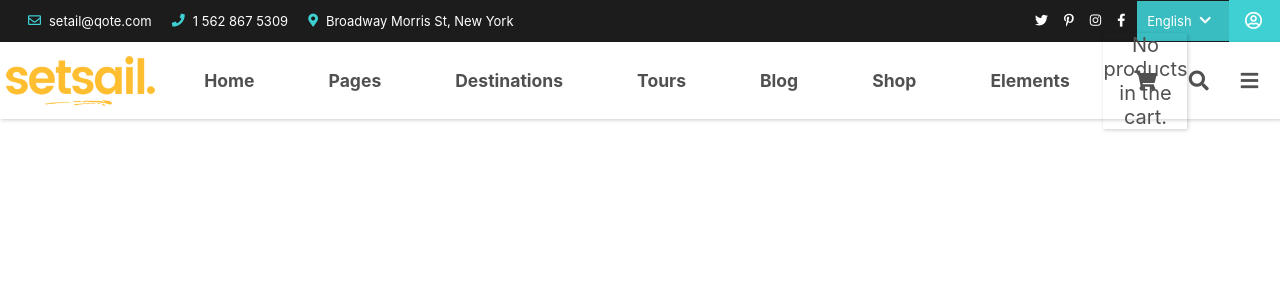
Repository: Hunga9k50doker/Setail
Page: /
An editor plug-in stored every save of this project. The page is shown before and after a run of saves, followed by the edit.
The browser window is 1280 px wide. The pictures show the whole page.
The project was rebuilt for these pictures with package versions that can differ from the ones it lists, and the page was loaded fresh each time.

Above is the page before, as saved 2021-10-21 11:37:24.

### public/index.html
<!DOCTYPE html>
<html lang="en">

<head>
  <meta charset="utf-8" />
  <link rel="icon" href="%PUBLIC_URL%/favicon.ico" />
  <meta name="viewport" content="width=device-width, initial-scale=1" />
  <meta name="theme-color" content="#000000" />
  <meta name="description" content="Web site created using create-react-app" />
  <link rel="stylesheet" href="./font/fontawesome-free-5.15.3-web/css/all.min.css">
  <link rel="apple-touch-icon" href="%PUBLIC_URL%/logo192.png" />
  <!--
      manifest.json provides metadata used when your web app is installed on a
      user's mobile device or desktop. See https://developers.google.com/web/fundamentals/web-app-manifest/
    -->
  <link rel="manifest" href="%PUBLIC_URL%/manifest.json" />
  <!--
      Notice the use of %PUBLIC_URL% in the tags above.
      It will be replaced with the URL of the `public` folder during the build.
      Only files inside the `public` folder can be referenced from the HTML.

      Unlike "/favicon.ico" or "favicon.ico", "%PUBLIC_URL%/favicon.ico" will
      work correctly both with client-side routing and a non-root public URL.
      Learn how to configure a non-root public URL by running `npm run build`.
    -->
  <title>React App</title>
</head>

<body>
  <noscript>You need to enable JavaScript to run this app.</noscript>
  <div id="root">

  </div>
  <script type="text/babel">
  </script>
  <!--
      This HTML file is a template.
      If you open it directly in the browser, you will see an empty page.

      You can add webfonts, meta tags, or analytics to this file.
      The build step will place the bundled scripts into the <body> tag.

      To begin the development, run `npm start` or `yarn start`.
      To create a production bundle, use `npm run build` or `yarn build`.
    -->
</body>

</html>

### src/index.js
import React from "react";
import ReactDOM from "react-dom";
import App from "./views/App.js";
import reportWebVitals from "./reportWebVitals";
import "./styles/global.scss";
// import socialNetworks from '../src/components/socialNetworks'

ReactDOM.render(
  <React.StrictMode>
    <App />
  </React.StrictMode>,
  document.getElementById("root")
);

// If you want to start measuring performance in your app, pass a function
// to log results (for example: reportWebVitals(console.log))
// or send to an analytics endpoint. Learn more: https://bit.ly/CRA-vitals
reportWebVitals();

### src/views/App.js
import './App.scss';
import NavOnTop from '../components/NavOnTop/NavOnTop';
import Nav from '../components/Navigation/Nav';

function App() {

  return (
    <div className="App">
      <NavOnTop />
      <Nav />
    </div>
  );
}

export default App;

### src/styles/global.scss
@import './variables';

* {
  margin: 0;
  padding: 0;
  box-sizing: border-box;
}

body {
  margin: 0;
  font-family: -apple-system, BlinkMacSystemFont, "Segoe UI", "Roboto", "Oxygen",
    "Ubuntu", "Cantarell", "Fira Sans", "Droid Sans", "Helvetica Neue",
    sans-serif;
  -webkit-font-smoothing: antialiased;
  -moz-osx-font-smoothing: grayscale;
}

code {
  font-family: source-code-pro, Menlo, Monaco, Consolas, "Courier New",
    monospace;
}

ul,
li {
  display: inline-block;
  list-style: none;
  padding-left: 0;
}

a {
  text-decoration: none;
  display: inline-block;
  color: #505050;
}

.bridge {
  content: "";
  position: absolute;
  top: -4px;
  left: 50%;
  transform: translate(-50%, 0);
  width: 100%;
  height: 8px;
}

.hover-slide-below {
  content: " ";
  width: 100%;
  height: 4px;
  background: $bg-color--hover;
  position: absolute;
  bottom: -8px;
  left: 0;
  border-radius: 8px;
  transform: scaleX(0);
  transform-origin: center left;
  transition: all 0.3s ease;
}

### src/views/App.scss
.App {
  text-align: center;
  background: #999;
}

### src/components/NavOnTop/NavOnTop.js
// import { render } from "@testing-library/react";
import './NavOnTop.scss';

const NavOnTop = () => {
  return (
    <div className="nav__onTop">
      <ul className="nav__onTop-leftInner">
        <li className="nav__onTop-leftInner-item">
          <i className="far fa-envelope"></i>
          <p className="nav__onTop-leftInner-item-text">setail@qote.com</p>
        </li>
        <li className="nav__onTop-leftInner-item">
          <i className="fas fa-phone"></i>
          <p className="nav__onTop-leftInner-item-text">1 562 867 5309</p>
        </li>
        <li className="nav__onTop-leftInner-item">
          <i className="fas fa-map-marker-alt"></i>
          <p className="nav__onTop-leftInner-item-text">
            Broadway Morris St, New York
          </p>
        </li>
      </ul>
      <ul className="nav__onTop-rightInner">
        <li className="nav__onTop-rightInner-item nav__onTop-rightInner-item-socialNetwork">
          <i className=" fab fa-twitter"></i>
        </li>
        <li className="nav__onTop-rightInner-item nav__onTop-rightInner-item-socialNetwork">
          <i className=" fab fa-pinterest-p"></i>
        </li>
        <li className="nav__onTop-rightInner-item nav__onTop-rightInner-item-socialNetwork">
          <i className=" fab fa-instagram"></i>
        </li>
        <li className="nav__onTop-rightInner-item nav__onTop-rightInner-item-socialNetwork">
          <i className=" fab fa-facebook-f"></i>
        </li>
        <li className="nav__onTop-rightInner-item nav__onTop-rightInner-item-toggleLang">
            <p>English</p>
            <i className="fas fa-chevron-down"></i>
          <div className="nav__onTop-rightInner-item-langs">
            <a href="#" className="nav__onTop-rightInner-item-lang">
              VietNam
            </a>
            <a href="#" className="nav__onTop-rightInner-item-lang">
              France
            </a>
            <a href="#" className="nav__onTop-rightInner-item-lang">
              German
            </a>
          </div>
        </li>
        <li className="nav__onTop-rightInner-item nav__onTop-rightInner-account">
          <i className="far fa-user-circle"></i>
        </li>
      </ul>
    </div>
  );
};

export default NavOnTop;

### src/components/Navigation/Nav.js
import "./Nav.scss";

const Nav = () => {
  return (
    <div className="nav">
      <img src="./logo/logo-footer.png" alt="Not found" className="nav__logo" />
      <ul className="nav__list">
        <li className="nav__list-item nav__list-item-Home">
          <h3 className="nav__list-item-title">Home</h3>
          <div className="nav__list-item-selections">
            <a href="#" className="nav__list-item-selection">
              <p>Travel Agency</p>
            </a>
            <a href="#" className="nav__list-item-selection">
              <p>Winters Holidays</p>
            </a>
            <a href="#" className="nav__list-item-selection">
              <p>Exotic Destinations</p>
            </a>
          </div>
        </li>
        <li className="nav__list-item nav__list-item-Pages">
          <h3 className="nav__list-item-title">Pages</h3>
          <div className="nav__list-item-selections">
            <a href="#" className="nav__list-item-selection">
              <p>About Us</p>
            </a>
            <a href="#" className="nav__list-item-selection">
              <p>What We Offer</p>
            </a>
            <a href="#" className="nav__list-item-selection">
              <p>Our Team</p>
            </a>
          </div>
        </li>
        <li className="nav__list-item nav__list-item-Destinations">
          <h3 className="nav__list-item-title">Destinations</h3>
          <div className="nav__list-item-selections">
            <a href="#" className="nav__list-item-selection">
              <p>Destination List</p>
            </a>
            <a href="#" className="nav__list-item-selection">
              <p>Destination Slider</p>
            </a>
            <a href="#" className="nav__list-item-selection">
              <p>Destination Item</p>
            </a>
          </div>
        </li>
        <li className="nav__list-item nav__list-item-Tours">
          <h3 className="nav__list-item-title">Tours</h3>
          <div className="nav__list-item-selections">
            <a href="#" className="nav__list-item-selection">
              <p>Standard List</p>
            </a>
            <a href="#" className="nav__list-item-selection">
              <p>Gallery List</p>
            </a>
            <a href="#" className="nav__list-item-selection">
              <p>Split List</p>
            </a>
          </div>
        </li>
        <li className="nav__list-item nav__list-item-Blog">
          <h3 className="nav__list-item-title">Blog</h3>
          <div className="nav__list-item-selections">
            <a href="#" className="nav__list-item-selection">
              <p>Blog Masonry</p>
            </a>
            <div className="nav__list-item-selection">
              <p>Blog Standard</p>
              <i className="fas fa-chevron-right"></i>
              <ul className="sub-menu ">
                <li className="sub-menu-item">
                  <a href="#">Right Sidebar</a>
                </li>
                <li className="sub-menu-item">
                  <a href="#">Left Sidebar</a>
                </li>
                <li className="sub-menu-item">
                  <a href="#">Without Sidebar</a>
                </li>
              </ul>
            </div>
            <div className="nav__list-item-selection">
              <p>Blog Types</p>
              <i className="fas fa-chevron-right"></i>
              <ul className="sub-menu ">
                <li className="sub-menu-item">
                  <a href="#">Standard </a>
                </li>
                <li className="sub-menu-item">
                  <a href="#">Gallery </a>
                </li>
                <li className="sub-menu-item">
                  <a href="#">Link</a>
                </li>
              </ul>
            </div>
          </div>
        </li>
        <li className="nav__list-item nav__list-item-Shop">
          <h3 className="nav__list-item-title">Shop</h3>
          <div className="nav__list-item-selections">
            <a href="#" className="nav__list-item-selection">
              <p>Product List</p>
            </a>
            <a href="#" className="nav__list-item-selection">
              <p>Product Single</p>
            </a>
            <div className="nav__list-item-selection">
              <p>Shop Layout</p>
              <i className="fas fa-chevron-right"></i>
              <ul className="sub-menu">
                <li className="sub-menu-item">
                  <a href="#">Three Columns </a>
                </li>
                <li className="sub-menu-item">
                  <a href="#">Four Columns </a>
                </li>
                <li className="sub-menu-item">
                  <a href="#">Full Width</a>
                </li>
              </ul>
            </div>
          </div>
        </li>
        <li className="nav__list-item nav__list-item-Elements">
          <h3 className="nav__list-item-title">Elements</h3>
          <div className="nav__list-item-selections">
            <ul className="nav__list-item-selection sub-category">
              <li className="sub-category-item">Featured</li>
              <li className="sub-category-item">
                <a href="#">Tour List</a>
              </li>
              <li className="sub-category-item">
                <a href="#">Tour Carousel</a>
              </li>
              <li className="sub-category-item">
                <a href="#">Tour Filter</a>
              </li>
            </ul>
            <ul className="nav__list-item-selection sub-category">
              <li className="sub-category-item">Presentation</li>
              <li className="sub-category-item">
                <a href="#">Team</a>
              </li>
              <li className="sub-category-item">
                <a href="#">Blog List</a>
              </li>
              <li className="sub-category-item">
                <a href="#">Shop List</a>
              </li>
            </ul>
            <ul className="nav__list-item-selection sub-category">
              <li className="sub-category-item">ClassNameic</li>
              <li className="sub-category-item">
                <a href="#">Accordions</a>
              </li>
              <li className="sub-category-item">
                <a href="#">Tabs</a>
              </li>
              <li className="sub-category-item">
                <a href="#">Buttons</a>
              </li>
            </ul>
            <ul className="nav__list-item-selection sub-category">
              <li className="sub-category-item">Typography</li>
              <li className="sub-category-item">
                <a href="#">Headings</a>
              </li>
              <li className="sub-category-item">
                <a href="#">Columns</a>
              </li>
              <li className="sub-category-item">
                <a href="#">Section Title</a>
              </li>
            </ul>
          </div>
        </li>
      </ul>
      <ul className="nav__innerRight">
        <li className="nav__innerRight-item nav__innerRight-item-cart">
          <i className="fas fa-shopping-cart"></i>
          <div className="cart-category">
            <p>No products in the cart.</p>
          </div>
        </li>
        <li className="nav__innerRight-item nav__innerRight-item-search">
          <i className="fas fa-search"></i>
        </li>
        <li className="nav__innerRight-item nav__innerRight-item-category">
          <i className="fas fa-bars"></i>
        </li>
      </ul>
    </div>
  );
};

export default Nav;

### src/styles/_variables.scss


$primary-color:#3fd0d4;
$bg-color--hover:#3abdc1;
$text-color: #505050;
$white-color:#fff;

### src/components/NavOnTop/NavOnTop.scss
@import '../../styles/variables';

.nav__onTop {
  display: flex;
  align-items: center;
  justify-content: space-between;
  padding: 0 0 0 18px;
  background: #1c1c1c;
  color: #fff;
  &-leftInner,
  &-rightInner {
    display: flex;
    align-items: center;
    &-item {
      display: flex;
      align-items: center;
      justify-content: center;
      font-size: 13px;
      padding: 0 10px;
      cursor: pointer;
      &:hover {
        color: $primary-color;
      }
      i {
        margin-right: 8px;
      }

      &-langs {
        // display: none;
        transition: all 0.3s ease;
                position: absolute;
       bottom: calc( -100% - 54px);
       left: 0;
       right: 0;
      z-index: -1;
      transform: translateY(-200%);
      opacity: 0;
    }
    &-lang{
        padding:6px 10px;
        display:flex;
        align-items:center;
        justify-content: center;
        flex-direction: column;
        background: $primary-color;
        color:#fff;
        &:hover{
            background: $bg-color--hover;
        }
        &:last-child{
            padding-bottom: 12px;
        }

        &:first-child{
            position: relative;
            &:after{
                content: " ";
                position: absolute;
                width: 100%;
                height: 8px;
                top: -4px;
            }
        }
    }
    }



    &-item-socialNetwork {
      padding-left: 4px;
      padding-right: 4px;
    }
    &-item-toggleLang {
    position: relative;
      background: $bg-color--hover;
      display: flex;
      align-items: center;
      height: 100%;
      margin: 0;
      padding: 12px 10px;
      justify-content: space-around;
      p {
        display: inline-block;
        margin-right: 8px;
      }
    }
    &-item-toggleLang:hover .nav__onTop-rightInner-item-langs{
       transform: translateY(0);
       opacity: 1;
        z-index: 5;

    }

    &-account {
      background: $primary-color;
      padding:12px 10px 12px 16px;
      display: flex;
      align-items: center;
      justify-content: center;
      i {
        display: inline-block;
        font-size: 1.1rem;
      }
      &:hover{
          color: #999;
          background: $bg-color--hover;
      }
    }
  }
   &-leftInner {
      i {
        color: $primary-color;
      }
    }
}


// ============Animation=====================

### src/components/Navigation/Nav.scss
@import "../../styles/variables";
@import "../../styles/global.scss";

.nav {
  position: fixed;
  left: 0;
  right: 0;
  top: 42px;
  z-index: 5;
  transition: all 0.3s ease;
  display: flex;
  align-items: center;
  justify-content: space-around;
  box-shadow:1px 1px 4px rgba(0, 0, 0, 0.2);
  &__logo {
    cursor: pointer;
    width: 150px;
    height: 50px;
    font-size: 14px;
  }

  &__list {
    display: flex;
    align-items: center;
    justify-content: center;
    &-item {
      position: relative;
      transition: all 0.5s ease;
      padding: 28px 37px;
      font-size: 15px;
      cursor: pointer;
      color: $text-color;
      &:hover {
        color: $primary-color;
      }

      &-title {
        position: relative;
        font-weight: 700;

        &:after {
          @extend .hover-slide-below;
        }
        &:hover:after {
          transform: scaleX(1);
          transform-origin: left center;
        }
      }
      &-selections {
        transition: all 0.3s ease;
        text-align: left;
        flex-direction: column;
        position: absolute;
        border-radius: 2px;
        top: 82px;
        left: 0;
        width: calc(150% + 50px);
        box-shadow: 0px 0px 5px rgba(0, 0, 0, 0.2);
        transform: scaleY(0);
        transform-origin: center top;

        &:before {
          @extend .bridge;
        }
      }

      &:hover &-selections {
        transform: scaleY(1);
        transform-origin: top center;
      }
      &-selection {
        position: relative;
        display: block;
        padding: 5px 25px 6px 32px;
        font-size: 15px;
        color: $text-color;
        font-weight: 500;
        p {
          position: relative;
          display: inline-block;
          width: fit-content;
          &:after {
            @extend .hover-slide-below;
            height: 3px;
          }
        }
        &:hover {
          color: $primary-color;

          .sub-menu {
            display: flex;
            transform:scaleX(1);
            transform-origin: left center;
            opacity: 1;
          }
        }
        &:hover p:after {
          transform: scaleX(1);
          transform-origin: left center;

        }
        &:first-child {
          padding-top: 34px;
        }
        &:last-child {
          margin-bottom: 34px;
        }

        .sub-menu {
          position: absolute;
          top: 0;
          z-index: -1;
          left: 100%;
          align-items: flex-start;
          float: left;
          flex-direction: column;
          box-shadow: 1px 1px 4px rgba(0, 0, 0, 0.2);
          width: 100%;
          padding: 28px 0 28px 0;
          transform: scaleX(0);
          opacity:0;
          transform-origin: center left;
          transition: all 0.3s ease;
          &-item {
            width: 100%;
            padding: 5px 37px 6px 37px;
            color: $text-color;
            a {
              position: relative;
              display: inline-block;
              width: fit-content;
              &:after {
                @extend .hover-slide-below;
                height: 2px;
              }
            }
            &:hover a {
              color: $primary-color;
            }
            &:hover a:after {
              transform: scaleX(1);
              transform-origin: left center;
            }
          }
        }
      }

      &:nth-child(5)  &-selection,
      &:nth-child(6) &-selection {
        display: flex;
        align-items: center;
        justify-content: space-between;
      }

      &:nth-child(7) .sub-category {
        display: flex;
        align-items: flex-start;
        flex-direction: column;
        padding: 10px 20px;
        flex: 1;
        &-item {
          position: relative;
          padding: 7px 37px;
          &:first-child {
            color: $primary-color;
            font-size: 16px;
            font-weight: 700;
            margin-bottom: 20px;
          }
          a {
            position: relative;
            width: fit-content;
            &:after {
              @extend .hover-slide-below;
              height: 3px;
            }
          }

          &:hover a {
            color: $primary-color;
          }

          &:hover a:after {
            transform: scaleX(1);
            transform-origin: left center;
          }
        }
      }
    }

    &-item:nth-child(7) &-item-selections {
      display: flex;
      position: fixed;
      top: 120px;
      left: 0;
      width: 100vw;
      flex-direction: row;
      padding: 37px 50px;
    }
  }

  &__innerRight {
    display: flex;
    align-items: center;
    justify-content: center;
    &-item {
      position: relative;
      transition: all 0.5s ease;
      cursor: pointer;
      margin: 0 16px;
      font-size: 20px;
      color: $text-color;
      z-index: 2;
      transform: scale(1);
      &-cart{
        position: relative;
        .cart-category{
          position: absolute;
          top: 50%;
          left:50%;
          transform: translate(-50%,-50%);
          width: calc(150% + 50px);
          box-shadow: 1px 1px 4px rgba(0, 0, 0, 0.2);
        }
      }
      &:hover {
        transform: scale(1.2);
        color: $bg-color--hover;
      }
    }
  }
}

Loaded but not shown: src/reportWebVitals.js (common file); public/font/fontawesome-free-5.15.3-web/css/all.min.css (library)

After the next 2 saves:
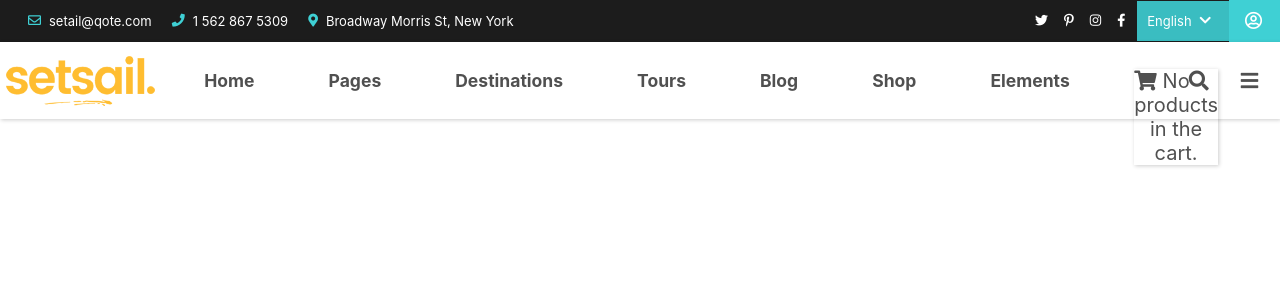
The 2 saves are shown as one change because they came seconds apart.
The last was saved 14 s later.
--- a/src/components/Navigation/Nav.scss
+++ b/src/components/Navigation/Nav.scss
@@ -216,9 +216,8 @@
         position: relative;
         .cart-category{
           position: absolute;
-          top: 50%;
-          left:50%;
-          transform: translate(-50%,-50%);
+          top: 0;
+          left: 0;
           width: calc(150% + 50px);
           box-shadow: 1px 1px 4px rgba(0, 0, 0, 0.2);
         }
